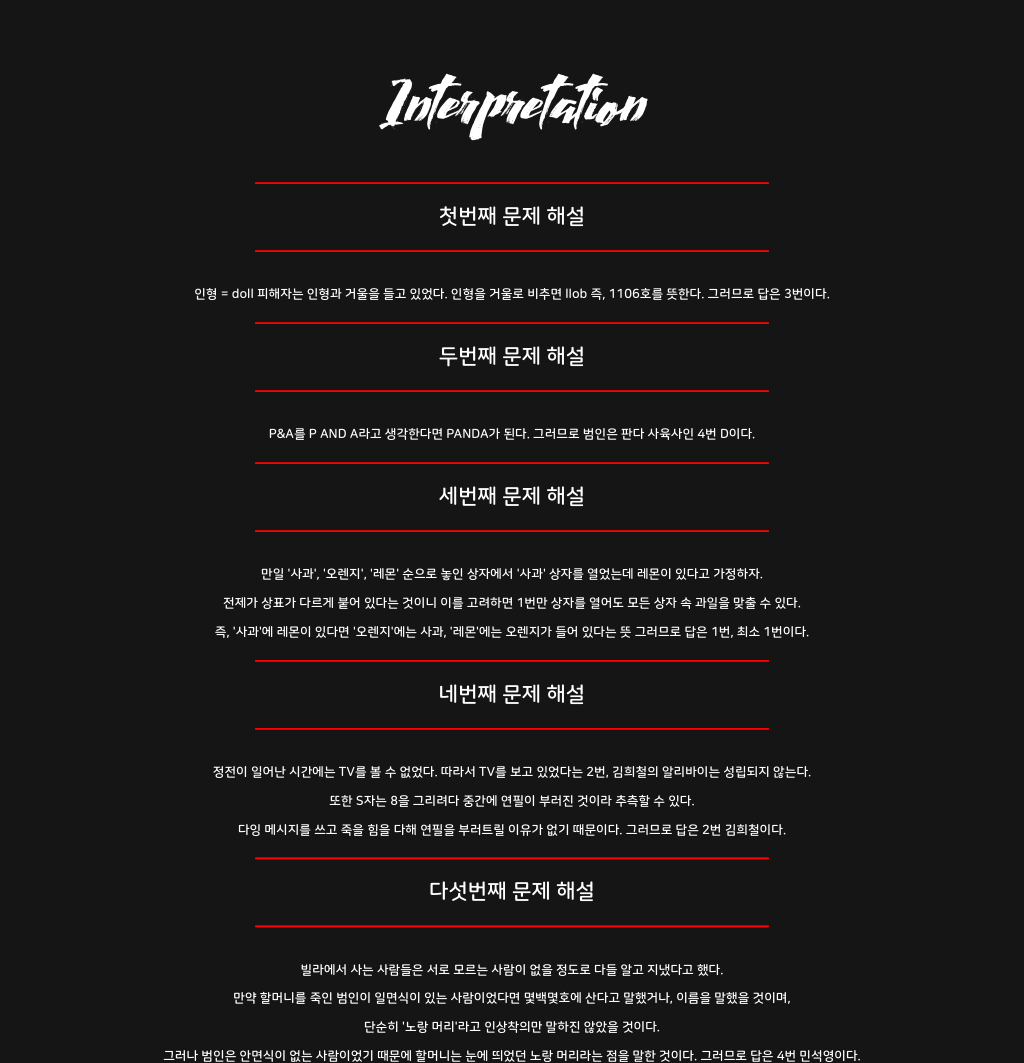
Repository: minkyung0421/Event_Project
Page: http://localhost/Event/inter.jsp
The author's editor kept a copy of each file at every save. The page is drawn from the files as they stood at one save, then again after the next save.
The browser window is 1280 px wide. The pictures show the whole page, at 80% of full size.
The page is served by Tomcat 9.

Above is the page before, as saved 2018-09-04 19:59:32.

### Event_Project/Event/WebContent/inter.jsp
<%@ page language="java" contentType="text/html; charset=UTF-8"
    pageEncoding="UTF-8"%>
<!DOCTYPE html PUBLIC "-//W3C//DTD HTML 4.01 Transitional//EN" "http://www.w3.org/TR/html4/loose.dtd">
<html>
<head>
<meta http-equiv="Content-Type" content="text/html; charset=UTF-8">
<title>EVENT</title>
</head>
<style>
@font-face{
	font-family: 'Calligraphy Personal Use'; src:url('font/Calligraphy Personal Use.ttf');
}
@font-face{font-family:'NANUMSQUAREROUNDL'; src:url('font/NANUMSQUAREROUNDL.TTF')}
@font-face{font-family:'NANUMSQUAREROUNDB'; src:url('font/NANUMSQUAREROUNDB.TTF')}
body{
	margin:0px;
	padding:0px;
	font-family:'NANUMSQUAREROUNDB';
	background-color: #151515;
	color: white;
}
</style>
<body>
<center><div style = "font-family: Calligraphy Personal Use; font-size: 90pt; margin-top:5%">Interpretation</div></center>
<center>
		<br><br>
		<hr color="red" style = "width: 50%">
		<br>
		<div style = "font-size: 20pt;">첫번째 문제 해설</div>
		<br>
		<hr color="red" style = "width: 50%">
		<br>
		<br>
		인형 = doll 피해자는 인형과 거울을 들고 있었다. 인형을 거울로 비추면 llob 즉, 1106호를 뜻한다. 그러므로 답은 3번이다.

		<br><br>
		<hr color="red" style = "width: 50%">
		<br>
		<div style = "font-size: 20pt;">두번째 문제 해설</div>
		<br>
		<hr color="red" style = "width: 50%">
		<br>
		<br>
		P&A를 P AND A라고 생각한다면 PANDA가 된다. 그러므로 범인은 판다 사육사인 4번 D이다.

		<br><br>
		<hr color="red" style = "width: 50%">
		<br>
		<div style = "font-size: 20pt;">세번째 문제 해설</div>
		<br>
		<hr color="red" style = "width: 50%">
		<br>
		<br>
		만일 '사과', '오렌지', '레몬' 순으로 놓인 상자에서 '사과' 상자를 열었는데 레몬이 있다고 가정하자.<br><br>
		전제가 상표가 다르게 붙어 있다는 것이니 이를 고려하면 1번만 상자를 열어도 모든 상자 속 과일을 맞출 수 있다.<br><br>
		즉, '사과'에 레몬이 있다면 '오렌지'에는 사과, '레몬'에는 오렌지가 들어 있다는 뜻 그러므로 답은 1번, 최소 1번이다.

		<br><br>
		<hr color="red" style = "width: 50%">
		<br>
		<div style = "font-size: 20pt;">네번째 문제 해설</div>
		<br>
		<hr color="red" style = "width: 50%">
		<br>
		<br>
		정전이 일어난 시간에는 TV를 볼 수 없었다. 따라서 TV를 보고 있었다는 2번, 김희철의 알리바이는 성립되지 않는다.<br><br>
		또한 S자는 8을 그리려다 중간에 연필이 부러진 것이라 추측할 수 있다.<br><br>
		다잉 메시지를 쓰고 죽을 힘을 다해 연필을 부러트릴 이유가 없기 때문이다. 그러므로 답은 2번 김희철이다.

		<br><br>
		<hr color="red" style = "width: 50%">
		<br>
		<div style = "font-size: 20pt;">다섯번째 문제 해설</div>
		<br>
		<hr color="red" style = "width: 50%">
		<br>
		<br>
		빌라에서 사는 사람들은 서로 모르는 사람이 없을 정도로 다들 알고 지냈다고 했다.<br><br>
		만약 할머니를 죽인 범인이 일면식이 있는 사람이었다면 몇백몇호에 산다고 말했거나, 이름을 말했을 것이며,<br><br>
		단순히 '노랑 머리'라고 인상착의만 말하진 않았을 것이다.<br><br>
		그러나 범인은 안면식이 없는 사람이었기 때문에 할머니는 눈에 띄었던 노랑 머리라는 점을 말한 것이다. 그러므로 답은 4번 민석영이다.
</center>
</body>
</html>

After the next save:
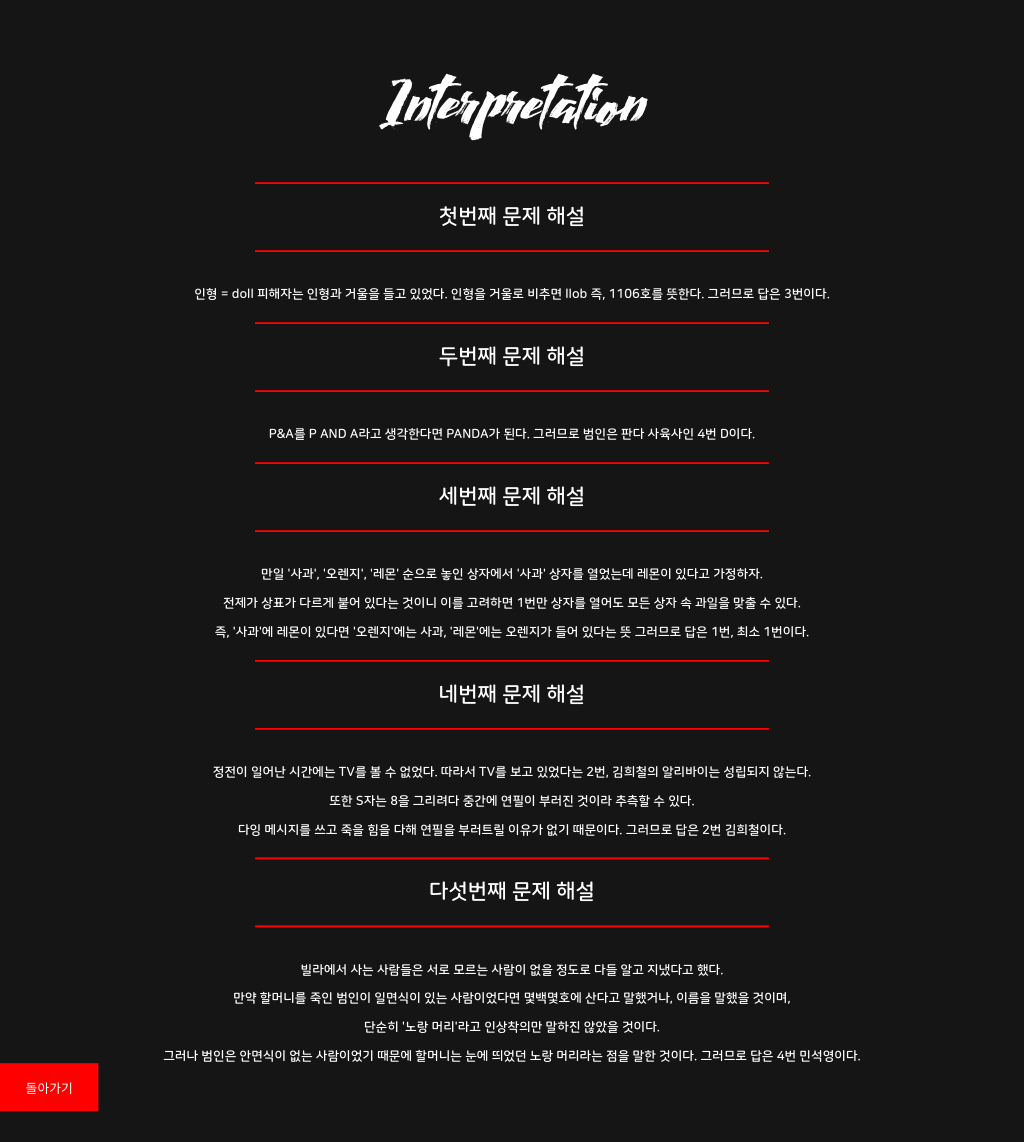
Saved 36 s later.
--- a/Event_Project/Event/WebContent/inter.jsp
+++ b/Event_Project/Event/WebContent/inter.jsp
@@ -19,6 +19,45 @@ body{
 	background-color: #151515;
 	color: white;
 }
+button{
+  background:red;
+  color:#fff;
+  border:none;
+  position:relative;
+  margin-right: 3%;
+  margin-bottom: 3%;
+  height:60px;
+  font-size:1em;
+  padding:0 2em;
+  cursor:pointer;
+  transition:800ms ease all;
+  outline:none;
+}
+button:hover{
+  background:white;
+  color:#151515;
+}
+button:before,button:after{
+  content:'';
+  position:absolute;
+  top:0;
+  right:0;
+  height:2px;
+  width:0;
+  background: red;
+  transition:400ms ease all;
+}
+button:after{
+  right:inherit;
+  top:inherit;
+  left:0;
+  bottom:0;
+}
+button:hover:before,button:hover:after{
+  width:100%;
+  transition:800ms ease all;
+}
+
 </style>
 <body>
 <center><div style = "font-family: Calligraphy Personal Use; font-size: 90pt; margin-top:5%">Interpretation</div></center>
@@ -80,5 +119,6 @@ body{
 		단순히 '노랑 머리'라고 인상착의만 말하진 않았을 것이다.<br><br>
 		그러나 범인은 안면식이 없는 사람이었기 때문에 할머니는 눈에 띄었던 노랑 머리라는 점을 말한 것이다. 그러므로 답은 4번 민석영이다.
 </center>
+<button name = "button" onClick='window.close()'>돌아가기</button>
 </body>
 </html>
